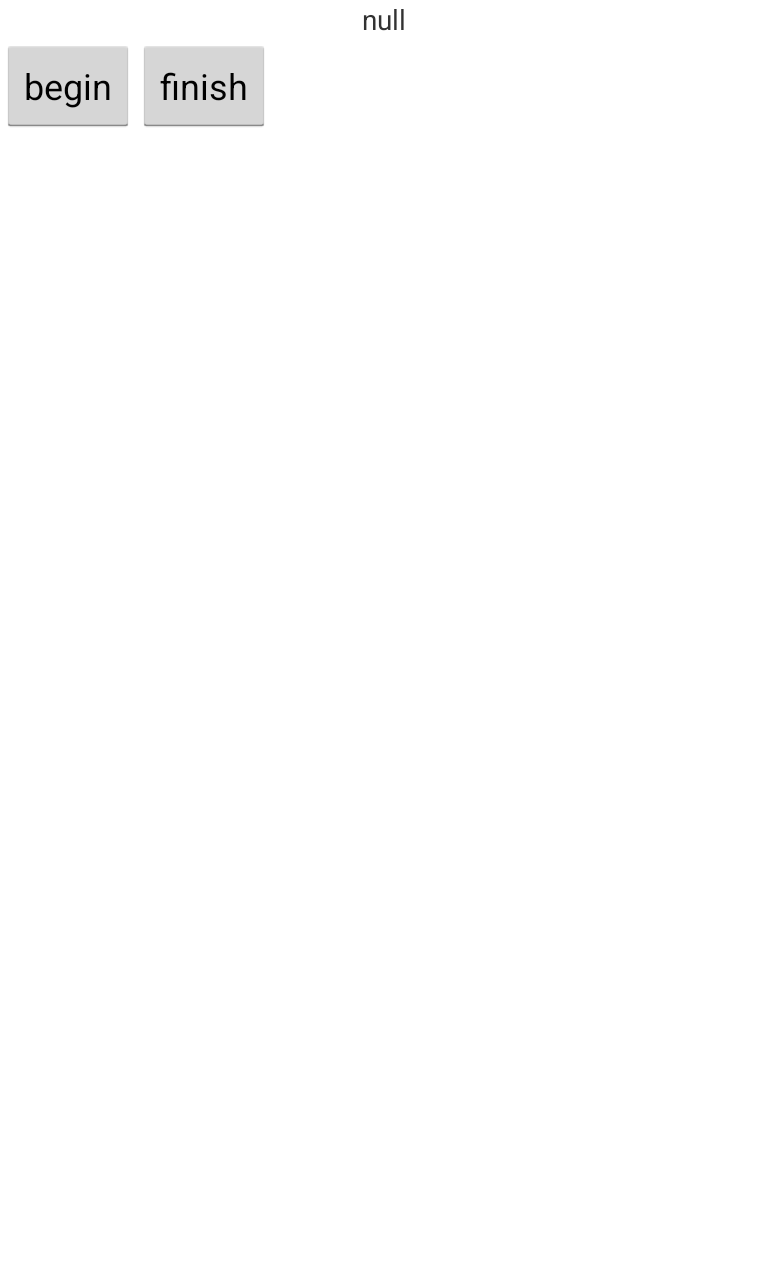
Repository: ShigerD/AndroidSample
Layout: Sample/Sample13/Sample13_5/Recode/res/layout/activity_main.xml
These files come from the project's save history. The layout is drawn as it stood at one moment and after the next save; the edit follows.
It is drawn on a 768 x 1280 px phone screen (xhdpi) without system bars, with theme AppTheme; the app's code is not run.

Above is the layout before, as saved 2016-08-19 04:11:32.

After the next save:
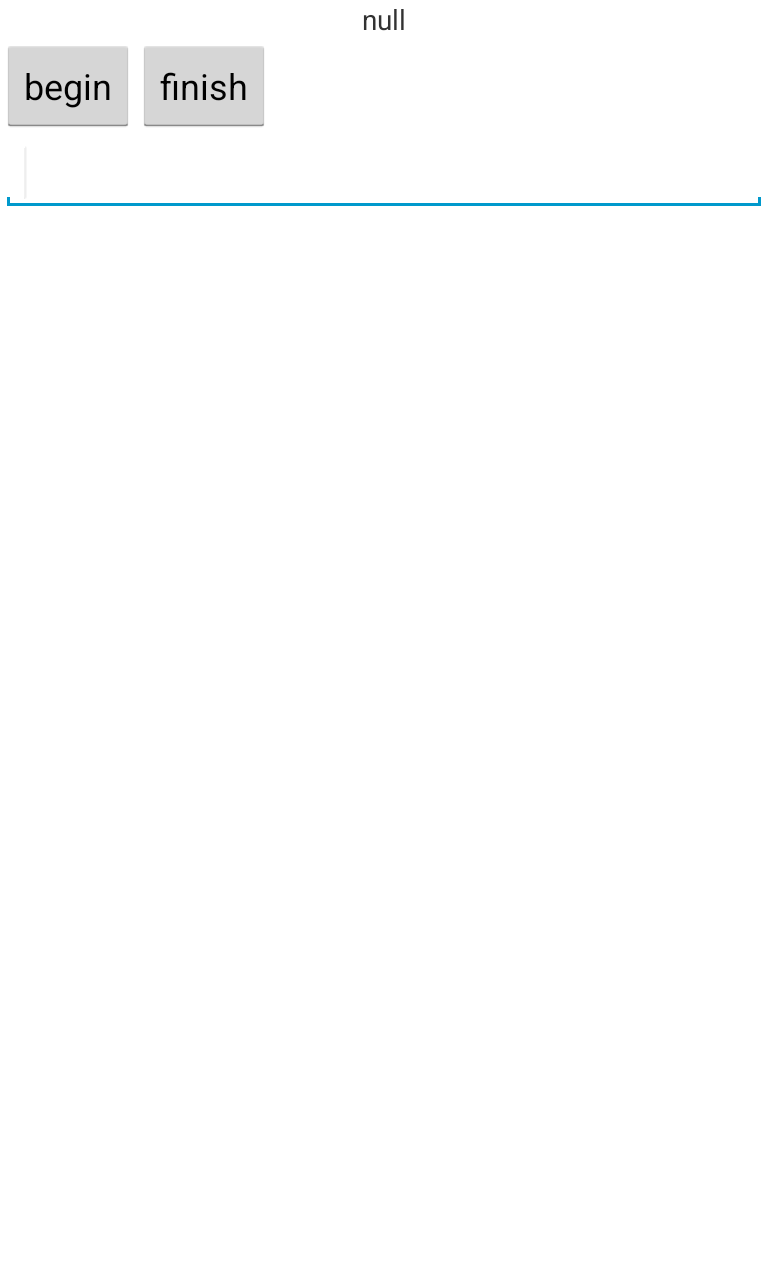
Saved 54 s later.
--- a/Sample/Sample13/Sample13_5/Recode/res/layout/activity_main.xml
+++ b/Sample/Sample13/Sample13_5/Recode/res/layout/activity_main.xml
@@ -27,9 +27,6 @@
                 android:layout_width="wrap_content"
                 android:layout_height="wrap_content"
                 android:text="@string/start" />
-
-
-
             <Button
                 android:id="@+id/stop"
                 android:layout_width="wrap_content"
@@ -37,4 +34,20 @@
                 android:text="@string/stop" />
         </LinearLayout>
 
+        <LinearLayout
+            android:layout_width="match_parent"
+            android:layout_height="wrap_content" >
+
+            <EditText
+                android:id="@+id/editText1"
+                android:layout_width="wrap_content"
+                android:layout_height="wrap_content"
+                android:layout_weight="1"
+                android:ems="10" >
+
+                <requestFocus />
+            </EditText>
+
+        </LinearLayout>
+
 </LinearLayout>
